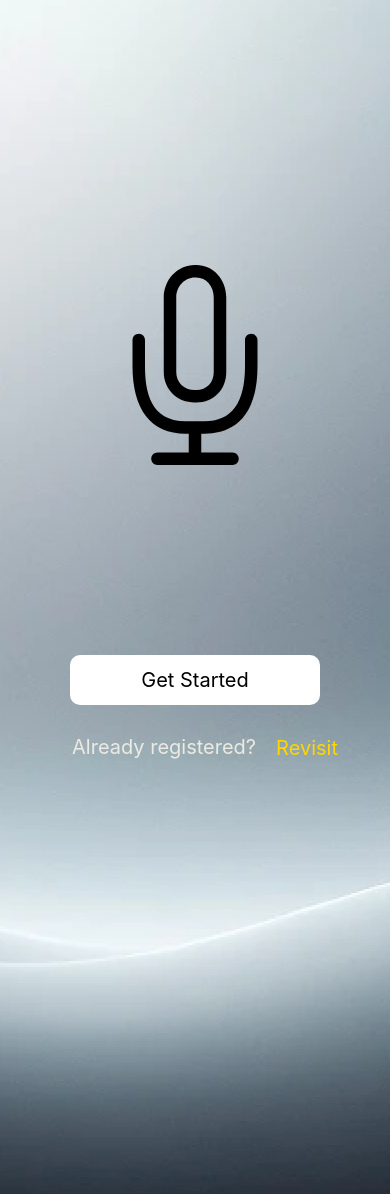
Repository: mortiestmorty1/recordings-app
Screen: / (app in frontend/)
An editor plug-in stored every save of this project. The screen is shown before and after the next save, followed by the edit.
The app was drawn by React Native's web renderer in a window 390 px wide. The project was rebuilt for these pictures with package versions that can differ from the ones it lists, and the page was loaded fresh each time. Also part of the build but not shown: frontend/components/registerUser.js.

Above is the screen before, as saved 2024-03-08 02:06:52.

After the next save:
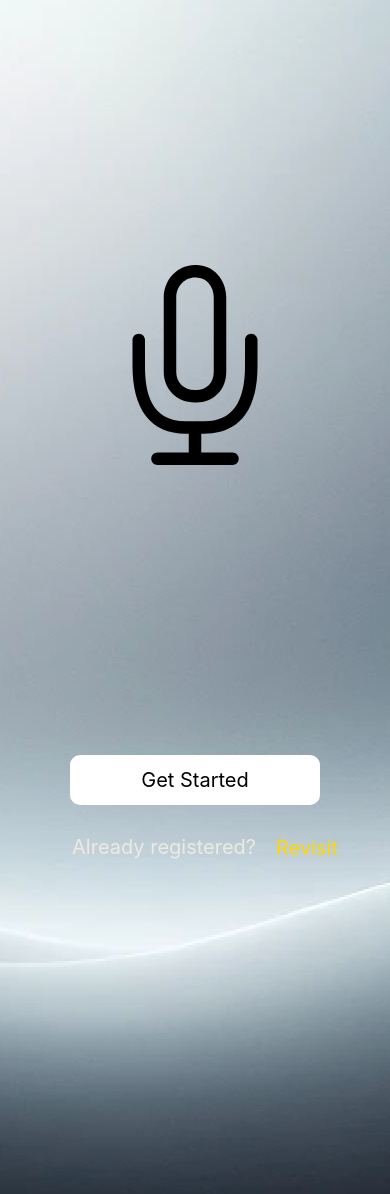
Saved 10 s later.
--- a/frontend/components/firstscreen.js
+++ b/frontend/components/firstscreen.js
@@ -55,7 +55,7 @@ const styles = StyleSheet.create({
   content: {
     justifyContent: 'center',
     alignItems: 'center',
-    top: 200,
+    top: 300,
   },
   btn1: {
     width: 250,
